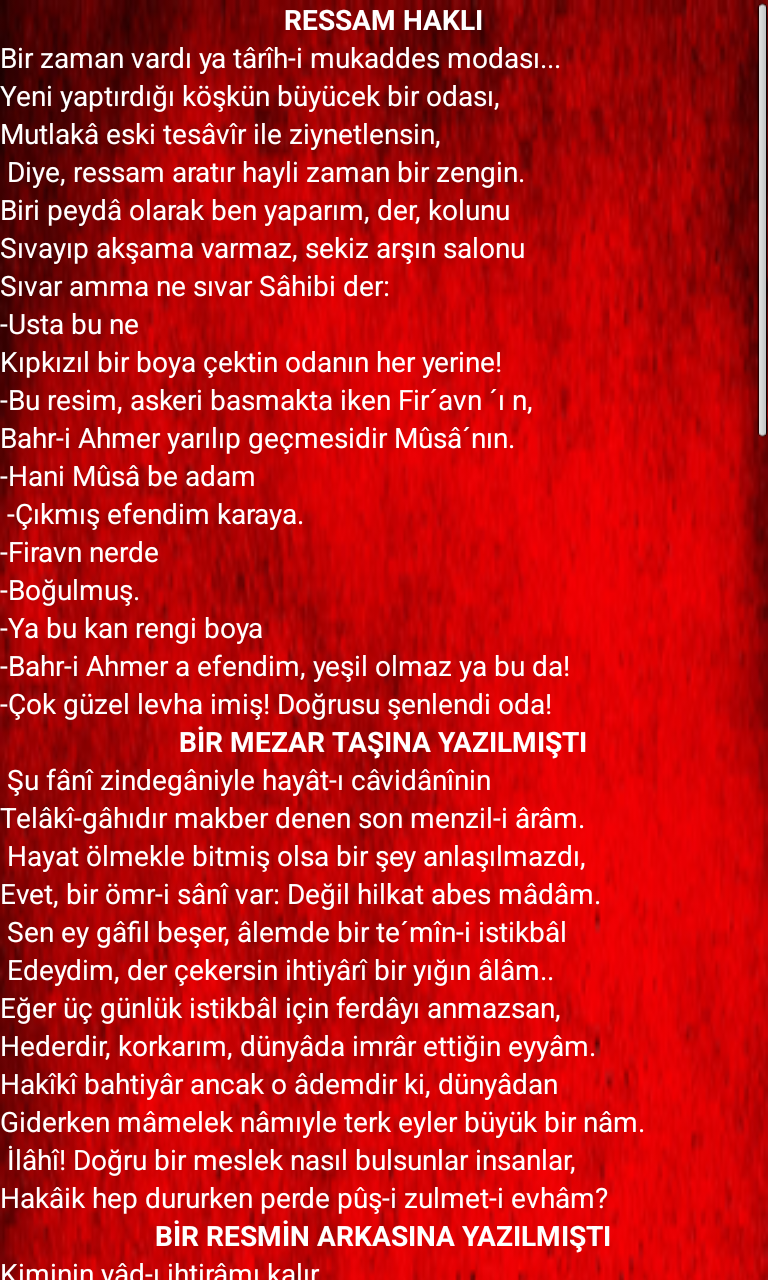
Repository: dokayazilim/Safahat-Android--Uygulamasi
Layout: safahat(android)/Safahat/res/layout/kitap28.xml
The author's editor kept a copy of each file at every save. The layout is drawn from the files as they stood at one save, then again after a run of saves.
It is drawn on a 768 x 1280 px phone screen (xhdpi) without system bars, with theme android:Theme; the app's code is not run.

Above is the layout before, as saved 2012-09-07 13:58:35.

After the next 2 saves:
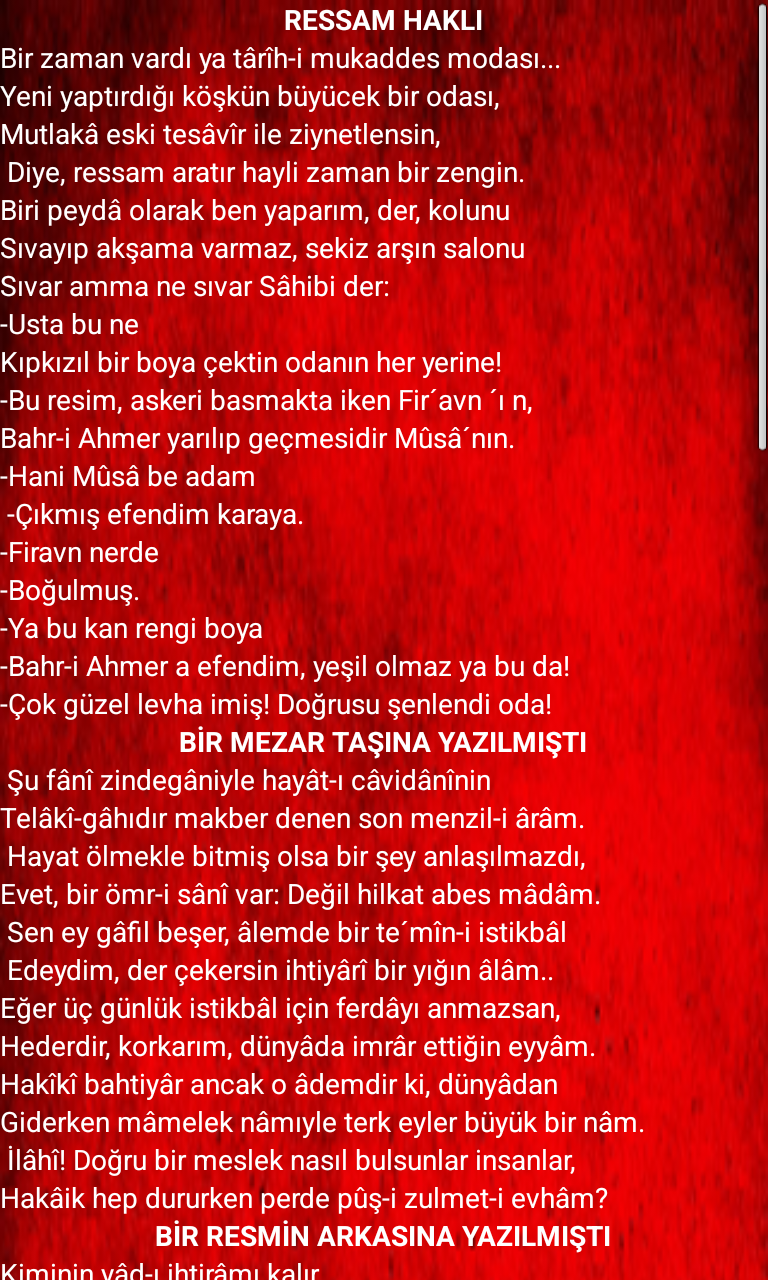
The 2 saves are shown as one change because 1 did not build or start.
The last was saved 99 s later.
--- a/safahat(android)/Safahat/res/layout/kitap28.xml
+++ b/safahat(android)/Safahat/res/layout/kitap28.xml
@@ -527,58 +527,37 @@ Kiminin de olanca hâtırası,
         android:id="@+id/textView89"
         android:layout_width="wrap_content"
         android:layout_height="wrap_content"
-        android:text="Mâlin ise - çünkü fazla - şimdi,
+        android:text="Başlattığı gün mektebe, duydum ki, diyordu,
   " android:textColor="#ffffff" />
 <TextView
         android:id="@+id/textView90"
         android:layout_width="wrap_content"
         android:layout_height="wrap_content"
-        android:text="Bî-vâyelere tasadduk eyle...
-
-  " android:textColor="#ffffff" />
+        android:text="Rahmetli babam: 'Âdem olur oğlum ilerde?'" android:textColor="#ffffff" />
 <TextView
         android:id="@+id/textView91"
         android:layout_width="wrap_content"
         android:layout_height="wrap_content"
-        android:text="Dördüncüsü varsa haydi söyle!'
+        android:text="Annemse, oturmuş, paşalıklar kuruyordu...
   " android:textColor="#ffffff" />
 <TextView
         android:id="@+id/textView92"
         android:layout_width="wrap_content"
         android:layout_height="wrap_content"
-        android:text="Mebhût ederek bu söz Hişâm´ı,
+        android:text="Âdemliği geçtik! Paşalık olsun, o nerde?
   " android:textColor="#ffffff" />
 <TextView
         android:id="@+id/textView93"
         android:layout_width="wrap_content"
         android:layout_height="wrap_content"
-        android:text="Huzzâra demiş: 'Görün kelâmı!
+        android:text="Âmâli tezâd üzre giderken ebeveynin,
   " android:textColor="#ffffff" />
 <TextView
         android:id="@+id/textView94"
         android:layout_width="wrap_content"
         android:layout_height="wrap_content"
-        android:text="Yok bende cevâb-ı redde kudret...
-  " android:textColor="#ffffff" />
-<TextView
-        android:id="@+id/textView95"
-        android:layout_width="wrap_content"
-        android:layout_height="wrap_content"
-        android:text="Hayret, bu civan-dehâya hayret!
-  " android:textColor="#ffffff" />
-<TextView
-        android:id="@+id/textView96"
-        android:layout_width="wrap_content"
-        android:layout_height="wrap_content"
-        android:text="Îcâb ediyor ki şimdi insâf:
-  " android:textColor="#ffffff" />
-<TextView
-        android:id="@+id/textView97"
-        android:layout_width="wrap_content"
-        android:layout_height="wrap_content"
-        android:text="Mes´ûlü hemen olunsun is´âf. '
-  " android:textColor="#ffffff" />
-
+        android:text="Hep böyle harâb olmada etfâl ara yerde!
+  " android:textColor="#ffffff" />
 
 <TextView
         android:id="@+id/textView98"
